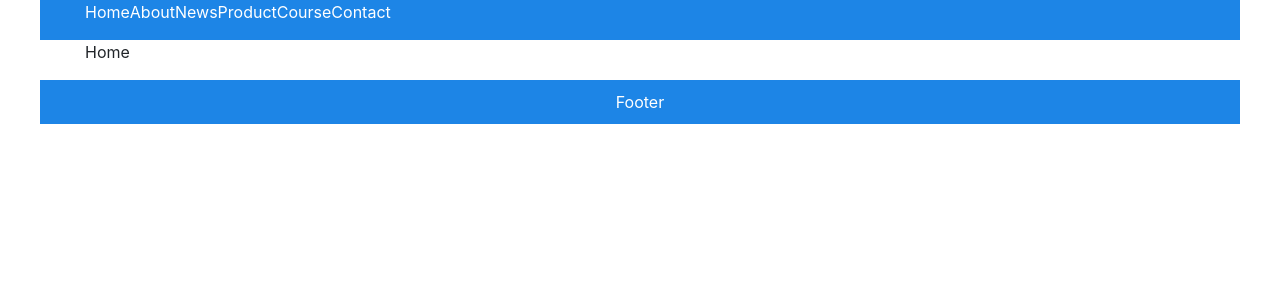
Repository: LmHoangg/php_master_unt
Page: http://localhost/?page=home
An editor plug-in stored every save of this project. The page is shown before and after the next save, followed by the edit.
The browser window is 1280 px wide. The pictures show the whole page.
The page is run by PHP 8.4 with error messages shown; the project is at /var/www/html/.

Above is the page before, as saved 2021-11-17 13:34:00.

After the next save:
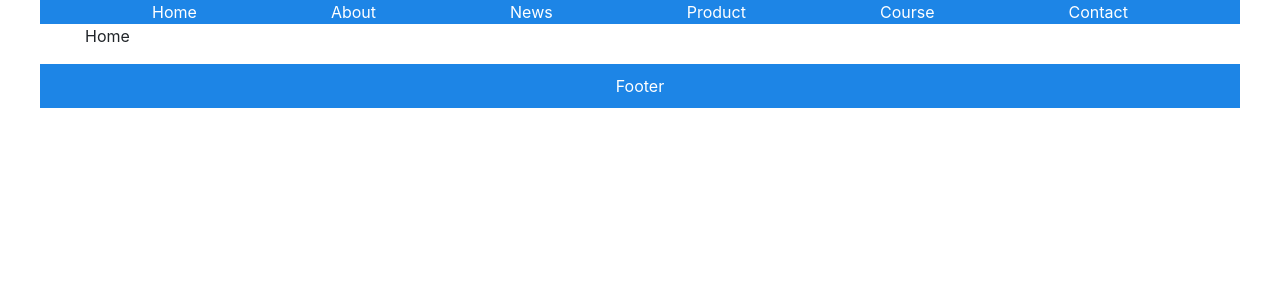
Saved 25 s later.
--- a/public/css/style.css
+++ b/public/css/style.css
@@ -7,13 +7,13 @@
   background-color: rgb(29, 133, 230);
   color: #fff;
   text-align: center;
-  margin: 0;
-  justify-content: space-around;
-  align-items: center;
 }
 #header ul#main-menu {
   list-style: none;
   display: flex;
+  margin: 0;
+  justify-content: space-around;
+  align-items: center;
 }
 ul#main-menu a {
   color: #fff;
